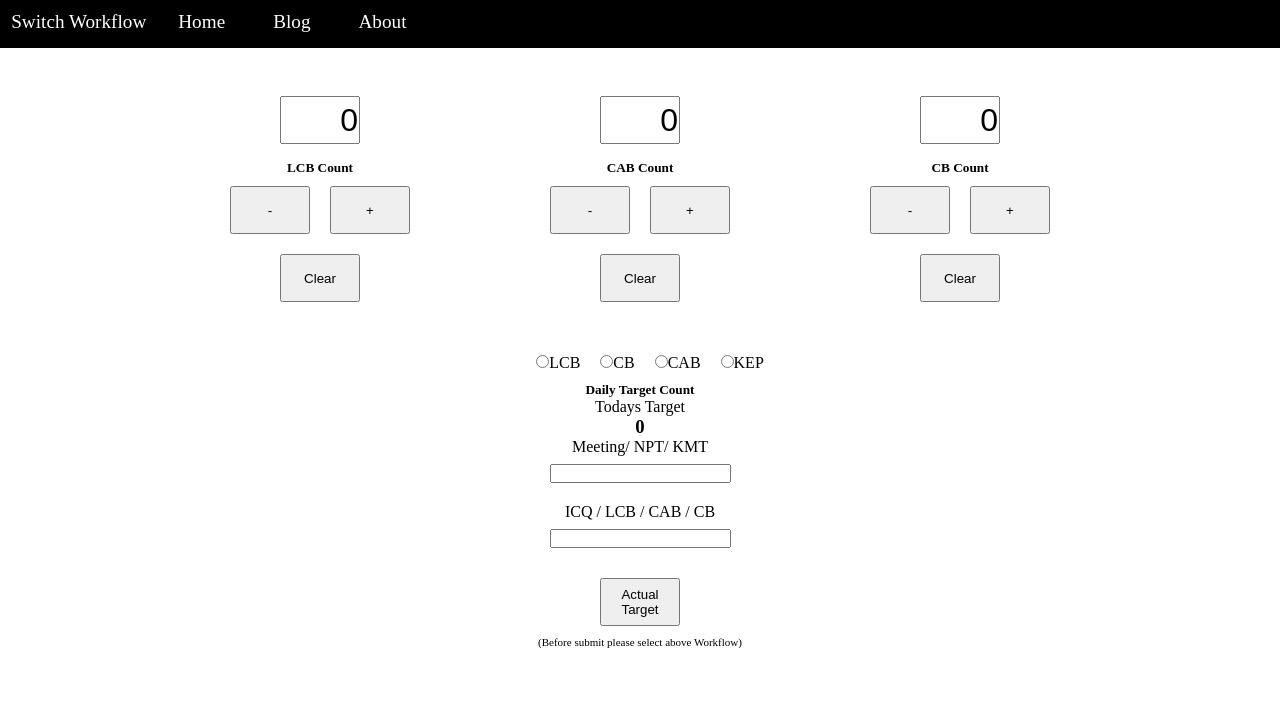
Repository: suraj-yadav7/SwitchWorkflow-Count-reactjs
Page: /
These files come from the project's save history. The page is drawn as it stood at one moment and after the next save; the edit follows.
The browser window is 1280 px wide. The pictures show the whole page.
The project was rebuilt for these pictures with package versions that can differ from the ones it lists, and the page was loaded fresh each time.

Above is the page before, as saved 2023-04-20 09:47:57.

After the next save:
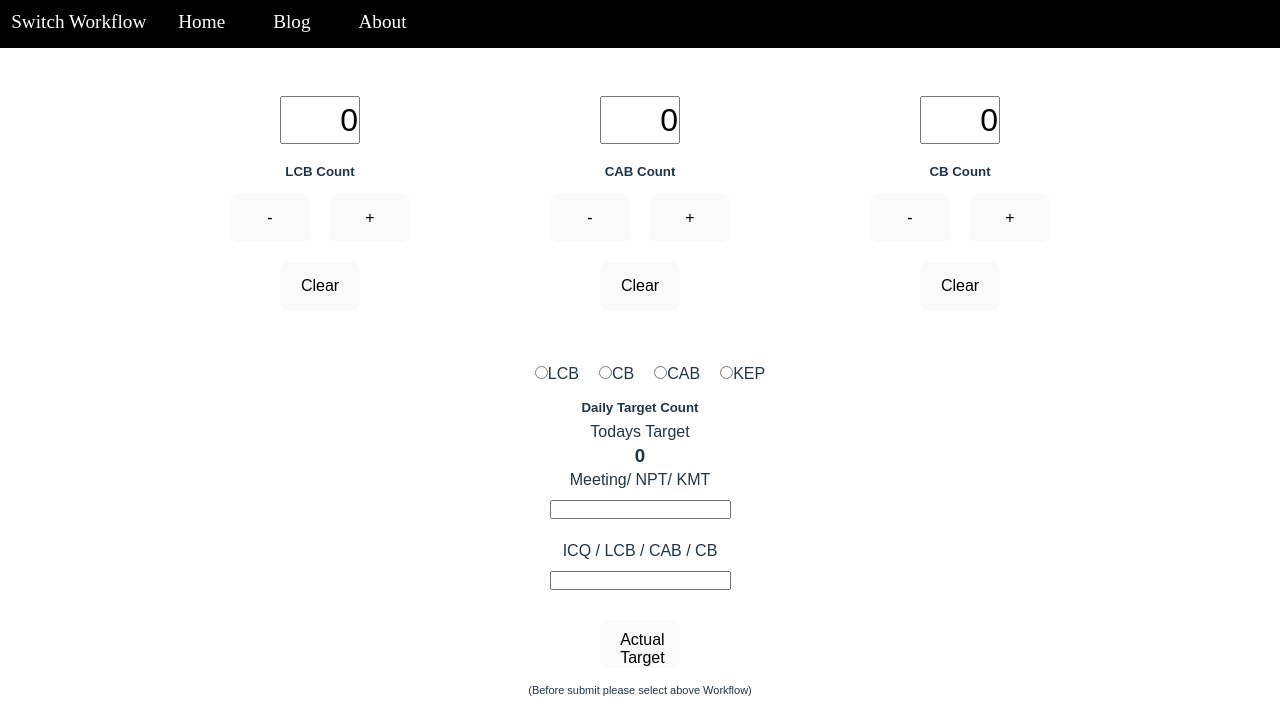
Saved 17 s later.
--- a/src/App.css
+++ b/src/App.css
@@ -70,3 +70,77 @@ nav > ul{
 .radioBtn >input{
   margin-left: 20px;
 }
+
+/* gitcode */
+:root {
+  font-family: Inter, Avenir, Helvetica, Arial, sans-serif;
+  font-size: 16px;
+  line-height: 24px;
+  font-weight: 400;
+
+  color-scheme: light dark;
+  color: rgba(255, 255, 255, 0.87);
+  background-color: #242424;
+
+  font-synthesis: none;
+  text-rendering: optimizeLegibility;
+  -webkit-font-smoothing: antialiased;
+  -moz-osx-font-smoothing: grayscale;
+  font-family: "Work Sans", sans-serif;
+}
+
+html {
+  font-size: 62.5%;
+  font-family: "Work Sans", sans-serif;
+}
+
+body {
+  margin: 0;
+  font-family: "Work Sans", sans-serif;
+}
+
+h1 {
+  font-size: 3.2em;
+  line-height: 1.1;
+}
+
+/* a {
+  font-weight: 500;
+  color: #646cff;
+  text-decoration: inherit;
+}
+a:hover {
+  color: #535bf2;
+} */
+
+button {
+  border-radius: 8px;
+  border: 1px solid transparent;
+  padding: 0.6em 1.2em;
+  font-size: 1em;
+  font-weight: 500;
+  font-family: inherit;
+  background-color: #1a1a1a;
+  cursor: pointer;
+  transition: border-color 0.25s;
+}
+button:hover {
+  border-color: #646cff;
+}
+button:focus,
+button:focus-visible {
+  outline: 4px auto -webkit-focus-ring-color;
+}
+
+@media (prefers-color-scheme: light) {
+  :root {
+    color: #213547;
+    background-color: #ffffff;
+  }
+  a:hover {
+    color: #747bff;
+  }
+  button {
+    background-color: #f9f9f9;
+  }
+}

After the save that followed:
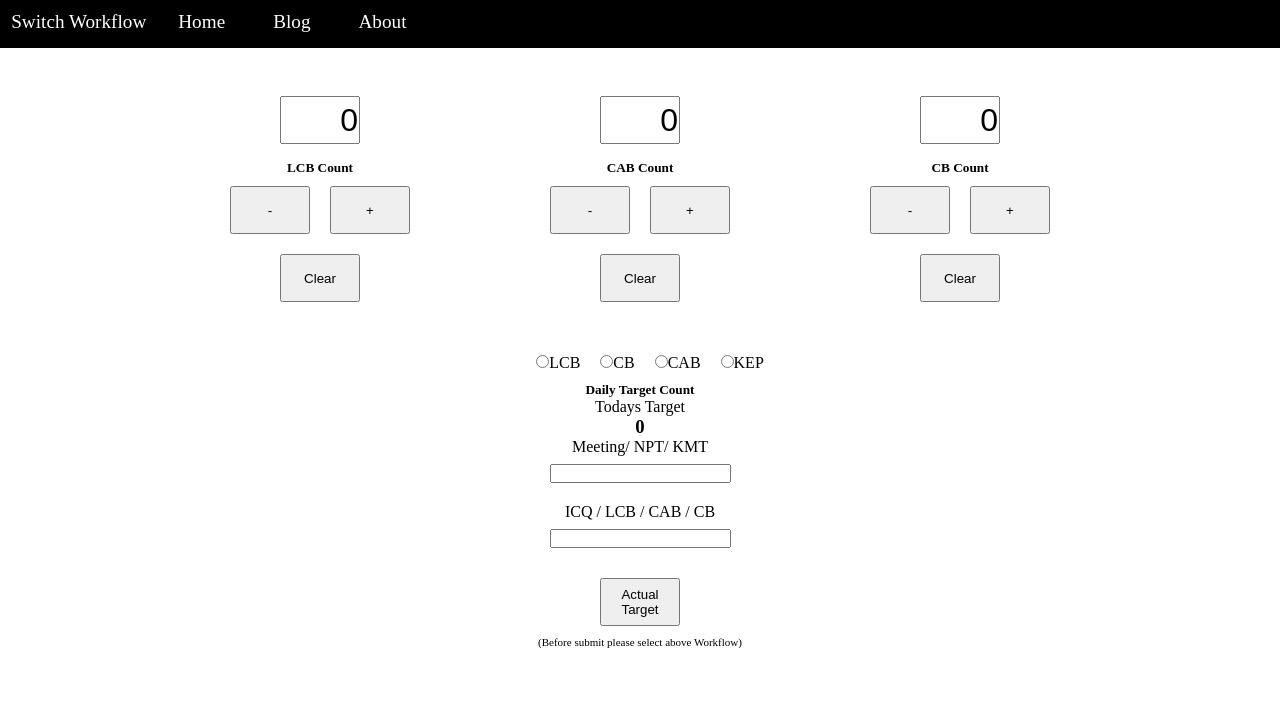
Saved 29 s later.
--- a/src/App.css
+++ b/src/App.css
@@ -72,75 +72,3 @@ nav > ul{
 }
 
 /* gitcode */
-:root {
-  font-family: Inter, Avenir, Helvetica, Arial, sans-serif;
-  font-size: 16px;
-  line-height: 24px;
-  font-weight: 400;
-
-  color-scheme: light dark;
-  color: rgba(255, 255, 255, 0.87);
-  background-color: #242424;
-
-  font-synthesis: none;
-  text-rendering: optimizeLegibility;
-  -webkit-font-smoothing: antialiased;
-  -moz-osx-font-smoothing: grayscale;
-  font-family: "Work Sans", sans-serif;
-}
-
-html {
-  font-size: 62.5%;
-  font-family: "Work Sans", sans-serif;
-}
-
-body {
-  margin: 0;
-  font-family: "Work Sans", sans-serif;
-}
-
-h1 {
-  font-size: 3.2em;
-  line-height: 1.1;
-}
-
-/* a {
-  font-weight: 500;
-  color: #646cff;
-  text-decoration: inherit;
-}
-a:hover {
-  color: #535bf2;
-} */
-
-button {
-  border-radius: 8px;
-  border: 1px solid transparent;
-  padding: 0.6em 1.2em;
-  font-size: 1em;
-  font-weight: 500;
-  font-family: inherit;
-  background-color: #1a1a1a;
-  cursor: pointer;
-  transition: border-color 0.25s;
-}
-button:hover {
-  border-color: #646cff;
-}
-button:focus,
-button:focus-visible {
-  outline: 4px auto -webkit-focus-ring-color;
-}
-
-@media (prefers-color-scheme: light) {
-  :root {
-    color: #213547;
-    background-color: #ffffff;
-  }
-  a:hover {
-    color: #747bff;
-  }
-  button {
-    background-color: #f9f9f9;
-  }
-}
